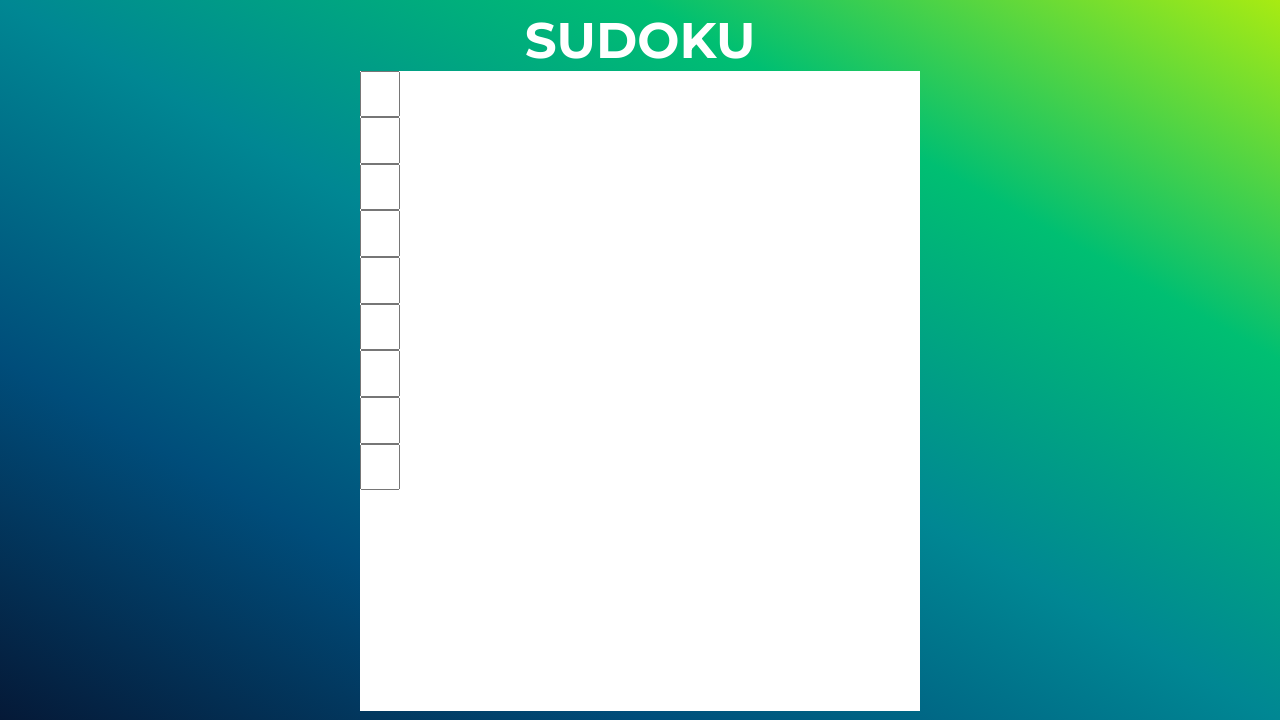
Repository: pattypetrikova/sudoku
Page: index.html
The author's editor kept a copy of each file at every save. The page is drawn from the files as they stood at one save, then again after the next save.
The browser window is 1280 px wide. The pictures show the whole page.
Some web fonts or font styles are not loaded; a fallback is used.

Above is the page before, as saved 2022-12-30 10:28:59.

### index.html
<!DOCTYPE html>
<html lang="en">
<head>
    <meta charset="UTF-8">
    <meta http-equiv="X-UA-Compatible" content="IE=edge">
    <meta name="viewport" content="width=device-width, initial-scale=1.0">
    <link rel="stylesheet" href="./assets/style.css">
    <link rel="preconnect" href="https://fonts.googleapis.com">
    <link rel="preconnect" href="https://fonts.gstatic.com" crossorigin>
    <link href="https://fonts.googleapis.com/css2?family=Erica+One&family=Montserrat:ital,wght@0,700;1,400&display=swap" rel="stylesheet">
    <title>Sudoku</title>
</head>
<body>
    <main class="background">
        <h1 class="title">Sudoku</h1>
        <div class="game">
            <div class="head">
                <div class="buttons"></div>
            </div>
            <div class="gameboard">
                <form class="board-section" action="">
                    <input class="number" type="text">
                    <input class="number" type="text">
                    <input class="number" type="text">
                    <input class="number" type="text">
                    <input class="number" type="text">
                    <input class="number" type="text">
                    <input class="number" type="text">
                    <input class="number" type="text">
                    <input class="number" type="text">
                </form>
            </div>
            <div class="footer">
                <div class="footer-buttons">

                </div>
            </div>
        </div>
    </main>
</body>
</html>

### assets/style.css
/* simple reset */
* {
    margin: 0;
    padding: 0;
    box-sizing: border-box;
}

/* general styles */
.background {
    font-family: 'Montserrat', sans-serif;
    color: white;
}

/* project styles */

.background {
    background-image: linear-gradient(to right top, #051937, #004d7a, #008793, #00bf72, #a8eb12);
    height: 100vh;
    display: flex;
    align-items: center;
    justify-content: center;
    flex-direction: column;
}


.game {
    background-color: white;
    min-width: 35em;
    min-height: 40em;
}

.title {
    font-size: 50px;
    color: white;
    text-transform: uppercase;
}

.gameboard {
    display: grid;

}

.board-section {
    display: grid;
}

.number {
    width: 3em;
    height: 3.5em;
}

After the next save:
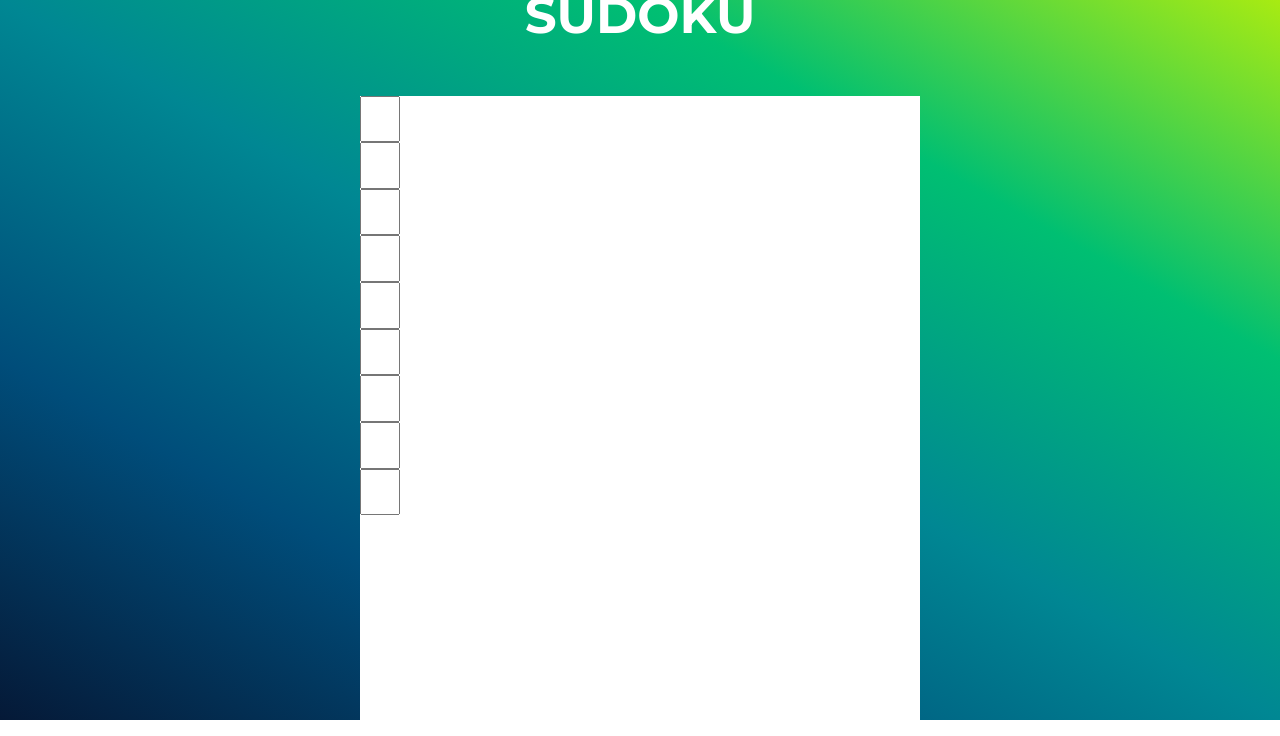
Saved 15 s later.
--- a/assets/style.css
+++ b/assets/style.css
@@ -33,6 +33,7 @@
     font-size: 50px;
     color: white;
     text-transform: uppercase;
+    padding-bottom: 1em;
 }
 
 .gameboard {
